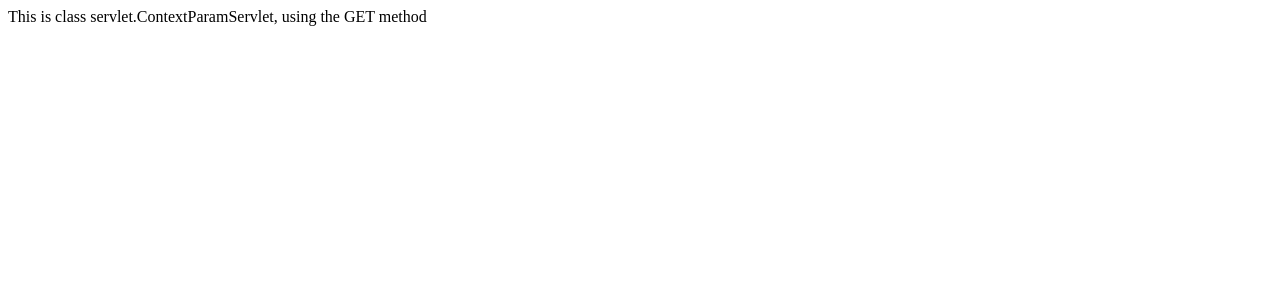
Repository: yksdy/yksdy
Page: http://localhost/servlet/servlet/ContextParamServlet
An editor plug-in stored every save of this project. The page is shown before and after the next save, followed by the edit.
The browser window is 1280 px wide. The pictures show the whole page.
The page is served by Tomcat 9.

Above is the page before, as saved 2017-05-28 14:10:05.

After the next save:
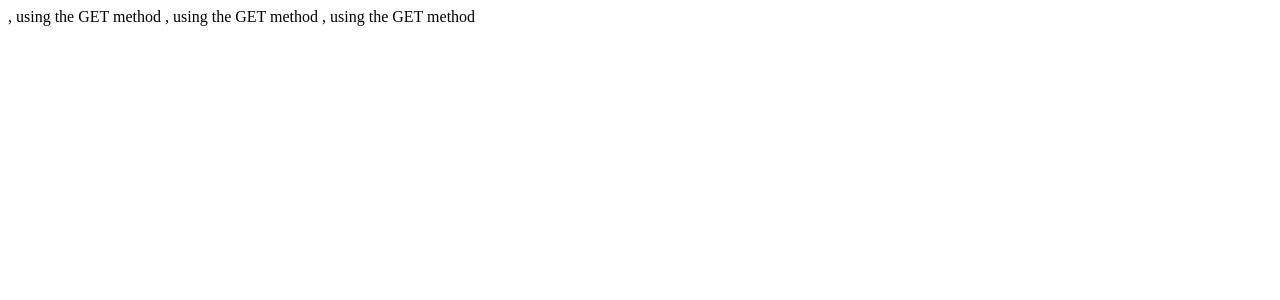
Saved 76 s later.
--- a/LongLeg/servlet/src/servlet/ContextParamServlet.java
+++ b/LongLeg/servlet/src/servlet/ContextParamServlet.java
@@ -32,10 +32,11 @@ public class ContextParamServlet extends HttpServlet {
 		out.println("<!DOCTYPE HTML PUBLIC \"-//W3C//DTD HTML 4.01 Transitional//EN\">");
 		out.println("<HTML>");
 		out.println("  <HEAD><TITLE>A Servlet</TITLE></HEAD>");
-		out.println("  <BODY>");
-		out.print("    This is ");
-		out.print(this.getClass());
+
 		out.println(", using the GET method");
+		out.println(", using the GET method");
+		out.println(", using the GET method");
+
 		out.println("  </BODY>");
 		out.println("</HTML>");
 		out.flush();
